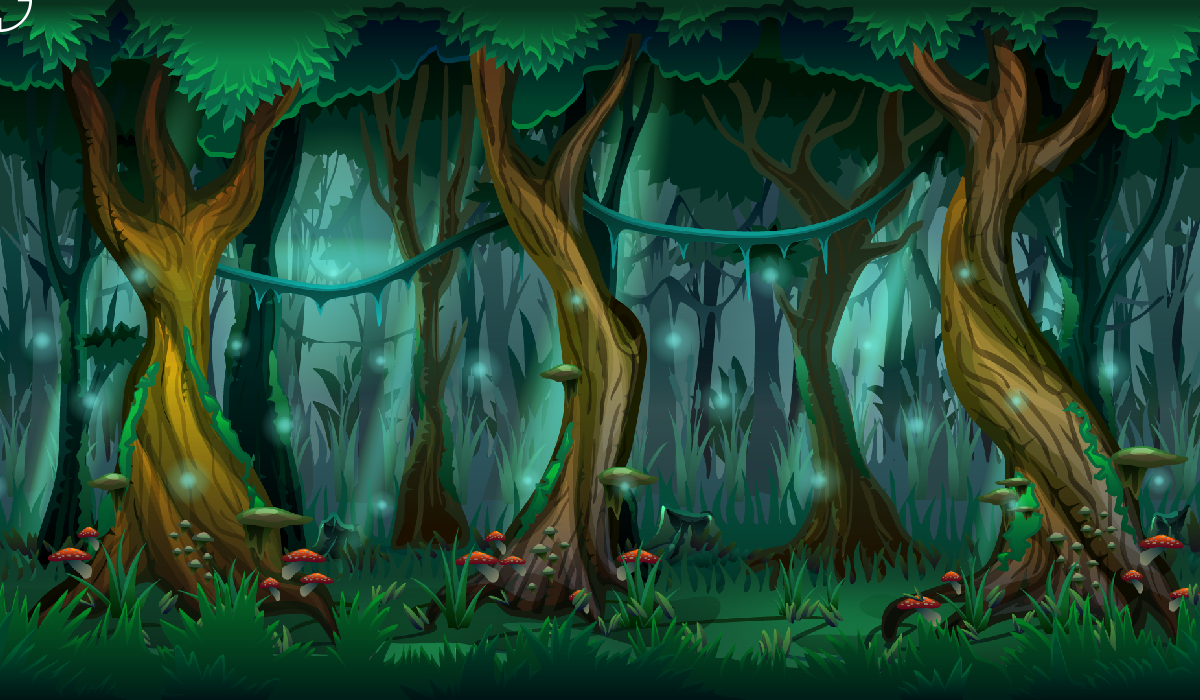
Repository: mys-pro/demo_shooting_bird_vision
Script's output: python main.py
These files come from the project's save history. The script's output is drawn as it stood at one moment and after the next save; the edit follows.
The window is shown after at most 60 frames with no key pressed. Random numbers start from a fixed seed. It also reads assets/images/backgrounds/Cartoon_Forest_BG_01.png, assets/images/backgrounds/Cartoon_Forest_BG_02.png, assets/images/backgrounds/Cartoon_Forest_BG_03.png, assets/images/backgrounds/Cartoon_Forest_BG_04.png, assets/images/birds/bird1/b-1.png, assets/images/birds/bird1/b-2.png, assets/images/birds/bird1/b-3.png, assets/images/birds/bird1/b-4.png, assets/images/icon.png, assets/images/viewfinder.png.

Above is the script's output before, as saved 2024-06-16 16:12:53.

### main.py
import pygame
import os
import random
import sys

# Khởi tạo pygame
pygame.init()
pygame.display.set_caption("Shooting Bird")
icon = pygame.image.load('assets/images/icon.png')
pygame.display.set_icon(icon)

SCREEN_WIDTH, SCREEN_HEIGHT = 1200, 700
FPS = 60
SCREEN = pygame.display.set_mode((SCREEN_WIDTH, SCREEN_HEIGHT))

# Xử lý ống ngắm
class viewFinder:
    def __init__ (self):
        pygame.event.set_grab(True)
        pygame.mouse.set_visible(False)
        self.image = pygame.image.load('assets/images/viewfinder.png').convert_alpha()
        self.image_copy = self.image.copy()
        self.image_smaller = pygame.transform.scale(self.image_copy, (self.image_copy.get_width() // 2, self.image_copy.get_height() // 2))
        self.rect = self.image_smaller.get_rect()
        self.rect.center = (SCREEN_WIDTH // 2, SCREEN_HEIGHT // 2)

    def follow_mouse(self):
        self.rect.center = pygame.mouse.get_pos()

    def draw(self, screen):
        screen.blit(self.image, self.image.get_rect(center=self.rect.center).topleft)

# Khởi tạo con chim
class Explosion(pygame.sprite.Sprite):
    def __init__(self, x, y):
        pygame.sprite.Sprite.__init__(self)
        self.images = []
        folder_path = 'assets/images/birds/bird1'
        for file_name in os.listdir(folder_path):
            full_path = os.path.join(folder_path, file_name)
            if os.path.isfile(full_path):
                self.images.append(pygame.image.load(full_path).convert_alpha())
        self.index = 0
        self.image = self.images[self.index]
        self.rect = self.image.get_rect()
        self.rect.center = [x, y]
        self.counter = 0

    def update(self):
        explosion_speed = 4
        self.counter += 1

        if self.counter >= explosion_speed and self.index < len(self.images) - 1:
            self.counter = 0
            self.index += 1
            self.image = self.images[self.index]

        if self.index >= len(self.images) - 1 and self.counter >= explosion_speed:
            self.kill()

# Lấy background ngẫu nhiên
def get_background(folder_path, SCREEN_WIDTH, SCREEN_HEIGHT):
    backgrounds = []
    for file_name in os.listdir(folder_path):
        full_path = os.path.join(folder_path, file_name)
        if os.path.isfile(full_path):
             backgrounds.append(pygame.image.load(full_path).convert())

    bg = random.choice(backgrounds)
    bg_width, bg_height = bg.get_size()
    scale_factor = max(SCREEN_WIDTH / bg_width, SCREEN_HEIGHT / bg_height)

    new_width = int(bg_width * scale_factor)
    new_height = int(bg_height * scale_factor)
    bg = pygame.transform.scale(bg, (new_width, new_height))

    bg_x = (SCREEN_WIDTH - new_width) // 2
    bg_y = (SCREEN_HEIGHT - new_height) // 2
    return bg, bg_x, bg_y

explosion_group = pygame.sprite.Group()

# Vẽ hình ảnh
def draw(SCREEN, background, view_finder, explosion_group):
    bg, bg_x, bg_y = background
    SCREEN.blit(bg, (bg_x, bg_y))

    explosion_group.draw(SCREEN)
    explosion_group.update()

    view_finder.follow_mouse()
    view_finder.draw(SCREEN)
    pygame.display.update()

def main(SCREEN):
    background = get_background('assets/images/backgrounds/', SCREEN_WIDTH, SCREEN_HEIGHT) # Gọi hàm get_background
    view_finder = viewFinder()
    running = True
    while running:
        for event in pygame.event.get():
            if event.type == pygame.QUIT or (event.type == pygame.KEYDOWN and event.key == pygame.K_ESCAPE):
                running = False
            if event.type == pygame.MOUSEBUTTONDOWN:
                pos = pygame.mouse.get_pos()
                explosion = Explosion(pos[0], pos[1])
                explosion_group.add(explosion)

        draw(SCREEN, background, view_finder, explosion_group)

        pygame.display.update()
        pygame.time.Clock().tick(FPS)
    pygame.quit()

if __name__ == "__main__":
    main(SCREEN)

After the next save:
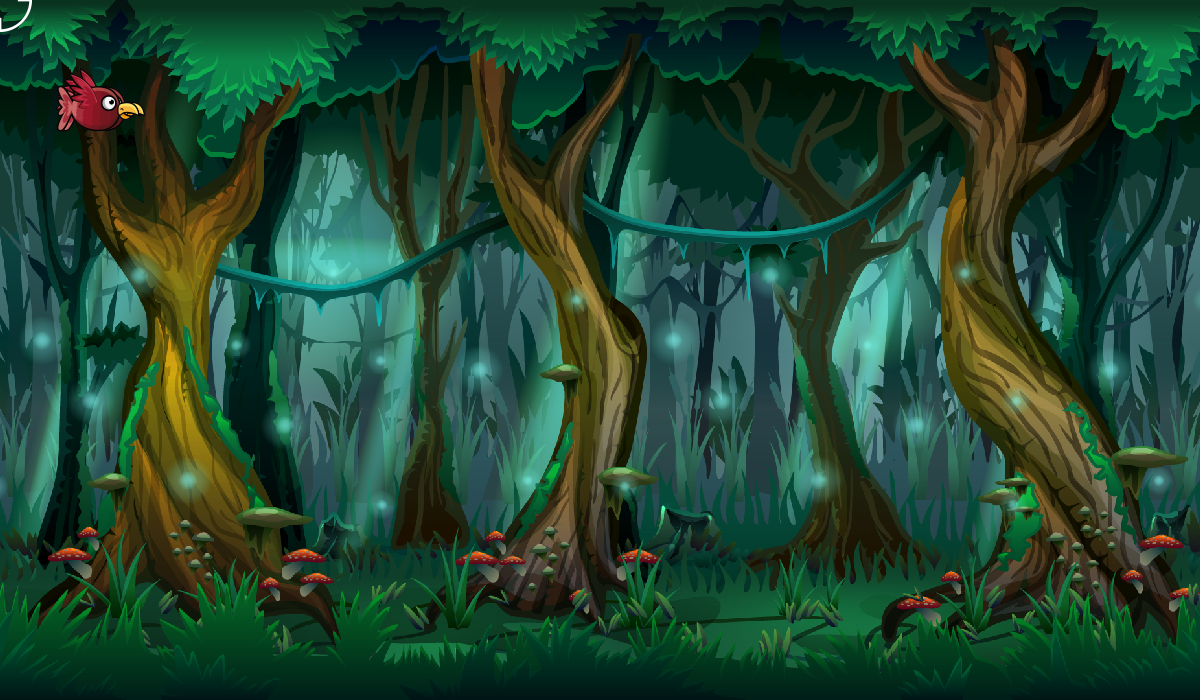
Saved 55 s later.
--- a/main.py
+++ b/main.py
@@ -100,11 +100,9 @@
         for event in pygame.event.get():
             if event.type == pygame.QUIT or (event.type == pygame.KEYDOWN and event.key == pygame.K_ESCAPE):
                 running = False
-            if event.type == pygame.MOUSEBUTTONDOWN:
-                pos = pygame.mouse.get_pos()
-                explosion = Explosion(pos[0], pos[1])
-                explosion_group.add(explosion)
 
+        explosion = Explosion(100, 100)
+        explosion_group.add(explosion)
         draw(SCREEN, background, view_finder, explosion_group)
 
         pygame.display.update()

After the save that followed:
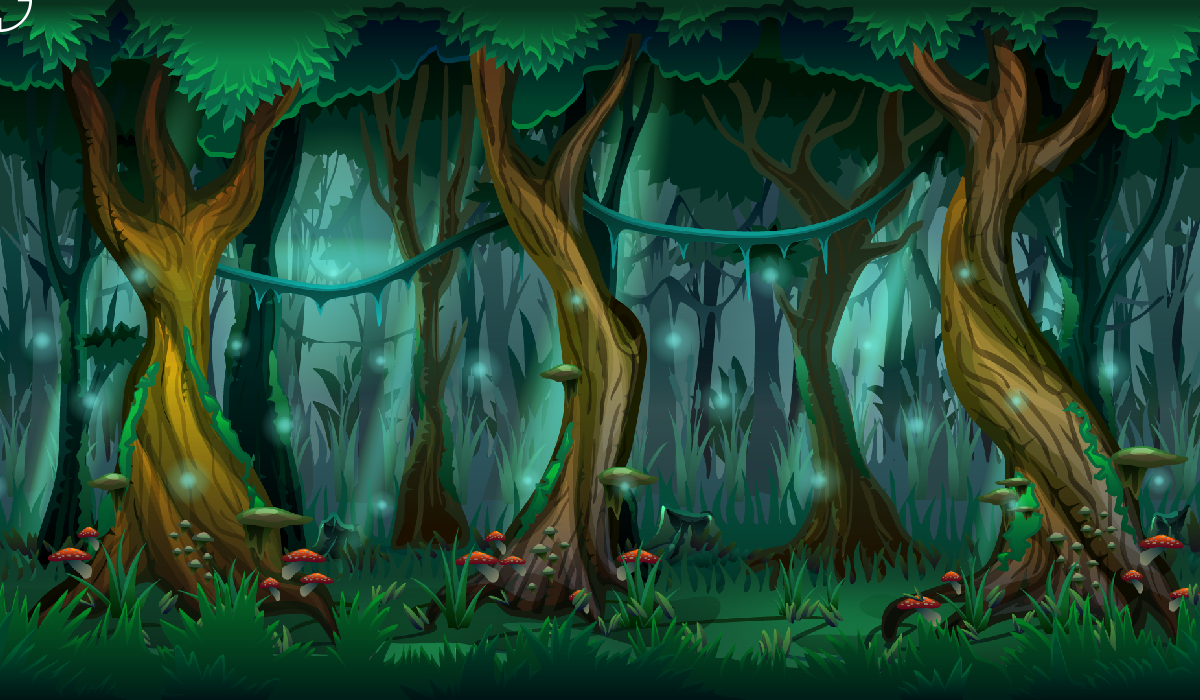
Saved 24 s later.
--- a/main.py
+++ b/main.py
@@ -85,9 +85,6 @@
     bg, bg_x, bg_y = background
     SCREEN.blit(bg, (bg_x, bg_y))
 
-    explosion_group.draw(SCREEN)
-    explosion_group.update()
-
     view_finder.follow_mouse()
     view_finder.draw(SCREEN)
     pygame.display.update()
@@ -101,8 +98,6 @@
             if event.type == pygame.QUIT or (event.type == pygame.KEYDOWN and event.key == pygame.K_ESCAPE):
                 running = False
 
-        explosion = Explosion(100, 100)
-        explosion_group.add(explosion)
         draw(SCREEN, background, view_finder, explosion_group)
 
         pygame.display.update()
